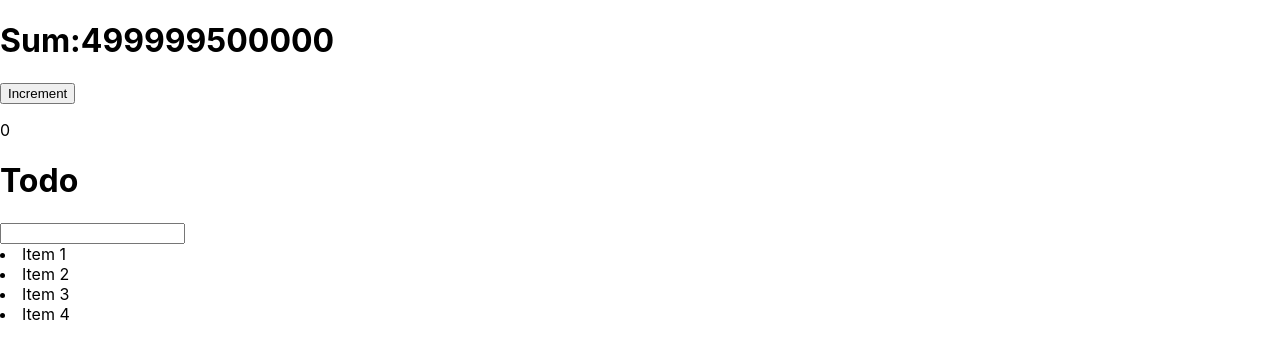
Repository: Aakash20bhatt/LearnReact
Page: /contact (app in performance/)
The author's editor kept a copy of each file at every save. The page is drawn from the files as they stood at one save, then again after the next save.
The browser window is 1280 px wide. The pictures show the whole page.
The project was rebuilt for these pictures with package versions that can differ from the ones it lists, and the page was loaded fresh each time. Also part of the build but not shown: performance/src/App.css.

Above is the page before, as saved 2024-09-14 21:47:16.

### performance/src/index.js
import React from 'react';
import ReactDOM from 'react-dom/client';
import './index.css';
// import App from './App';
import LazyApp from './LazyApp';

const root = ReactDOM.createRoot(document.getElementById('root'));
root.render(
    <LazyApp/>
);

### performance/src/LazyApp.js
// import { BrowserRouter, Route, Routes } from 'react-router-dom';
// import NavBar from './Components/NavBar'
// import { Suspense, lazy } from 'react';
import './App.css';
import LargeArraySum from './Components/LargeArraySum';
import Todo from './Components/Todo';

// const HomePage = lazy(()=>(import('./Components/HomePage')));
// const ContactPage = lazy(()=>(import('./Components/ContactPage')))
// const AboutPage = lazy(()=>(import('./Components/AboutPage')))

function LazyApp(){

    return(
        // <BrowserRouter>
        //     <NavBar/>
        //     <Suspense fallback={<div>...Loading</div>}>
        //         <Routes>
        //                 <Route path="/" element={<HomePage/>}/>
        //                 <Route path="/contact" element={<ContactPage/>}/>
        //                 <Route path="/about" element={<AboutPage/>}/>
        //         </Routes>
        //     </Suspense>
        // </BrowserRouter>
        <>
            <LargeArraySum/>
            <Todo/>
        </>
    )

}

export default LazyApp;

### performance/src/Components/LargeArraySum.jsx
import {useState,useMemo} from 'react'

const generateLargeArray = ()=>{
    const largeArray = [];
    console.log("Generating Array")
    for(let i=0; i<1000000; i++){
        largeArray.push(i);
    }
    return largeArray;
}

const sumArray = (arr)=>{
    console.log("Calculating Sum...");
    return arr.reduce((acc,curr)=>acc+curr,0);
}
export default function LargeArraySum(){
    const [count, setCount] = useState(0);
    const largeArray = useMemo(()=>generateLargeArray(),[]); // Invoke Callback only on mounting
    const sum = useMemo(()=>sumArray(largeArray),[]);

    return (
        <>
            <h1>Sum:{sum}</h1>
            <button onClick={()=>setCount(count+1)}>Increment</button>
            <p>{count}</p>
        </>
    )
}

### performance/src/Components/Todo.jsx
import React, { useState } from 'react';

export default function Todo(){
    const [list,setList] = useState(['Item 1', 'Item 2', 'Item 3', 'Item 4']);
    const [todo, setTodo] = useState('');

    return(
        <div>
            <h1>Todo</h1>
            <div>
                <input value={todo} type="text" onChange={(e)=>setTodo(e.target.value)}/>
            </div>
            {list.map((item)=>{
                return <li key={item}>{item}</li>
            })}
        </div>
    )
}

Loaded but not shown: performance/public/index.html (common file); performance/src/index.css (common file)

After the next save:
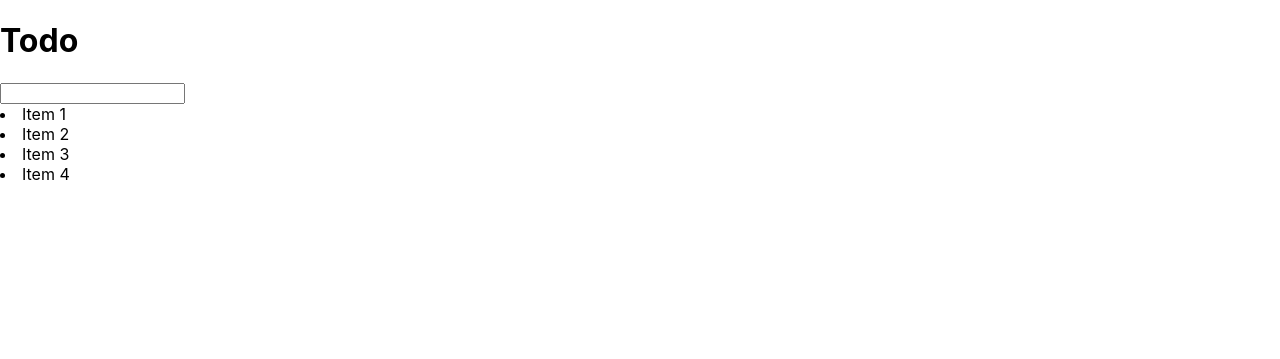
Saved 24 s later.
--- a/performance/src/LazyApp.js
+++ b/performance/src/LazyApp.js
@@ -23,7 +23,7 @@ function LazyApp(){
         //     </Suspense>
         // </BrowserRouter>
         <>
-            <LargeArraySum/>
+            {/* <LargeArraySum/> */}
             <Todo/>
         </>
     )
